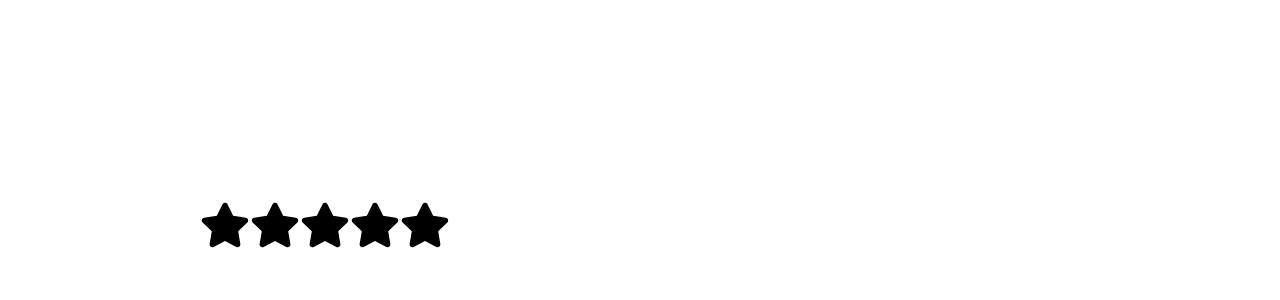
Repository: praveen-javali/star-rating
Page: /
An editor plug-in stored every save of this project. The page is shown before and after a run of saves, followed by the edit.
The browser window is 1280 px wide. The pictures show the whole page.
The project was rebuilt for these pictures with package versions that can differ from the ones it lists, and the page was loaded fresh each time.

Above is the page before, as saved 2022-12-18 15:20:19.

After the next 14 saves:
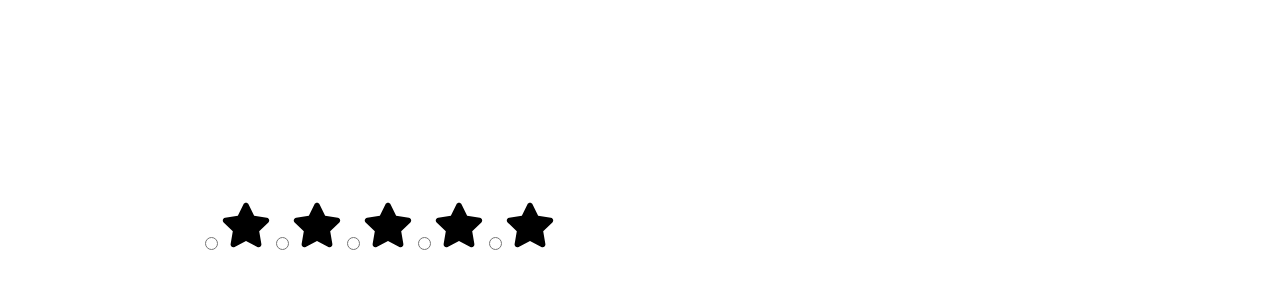
The 14 saves are shown as one change because 3 did not build or start and some came seconds apart.
The last was saved 2 min 53 s later.
--- a/src/components/StarRating.component.jsx
+++ b/src/components/StarRating.component.jsx
@@ -7,6 +7,7 @@ const StarRating = () => {
       {[...Array(5)].map(() => {
         return (
           <label>
+            <input type="radio" name='rating'></input>
             <FaStar size={50} />
           </label>
         );
